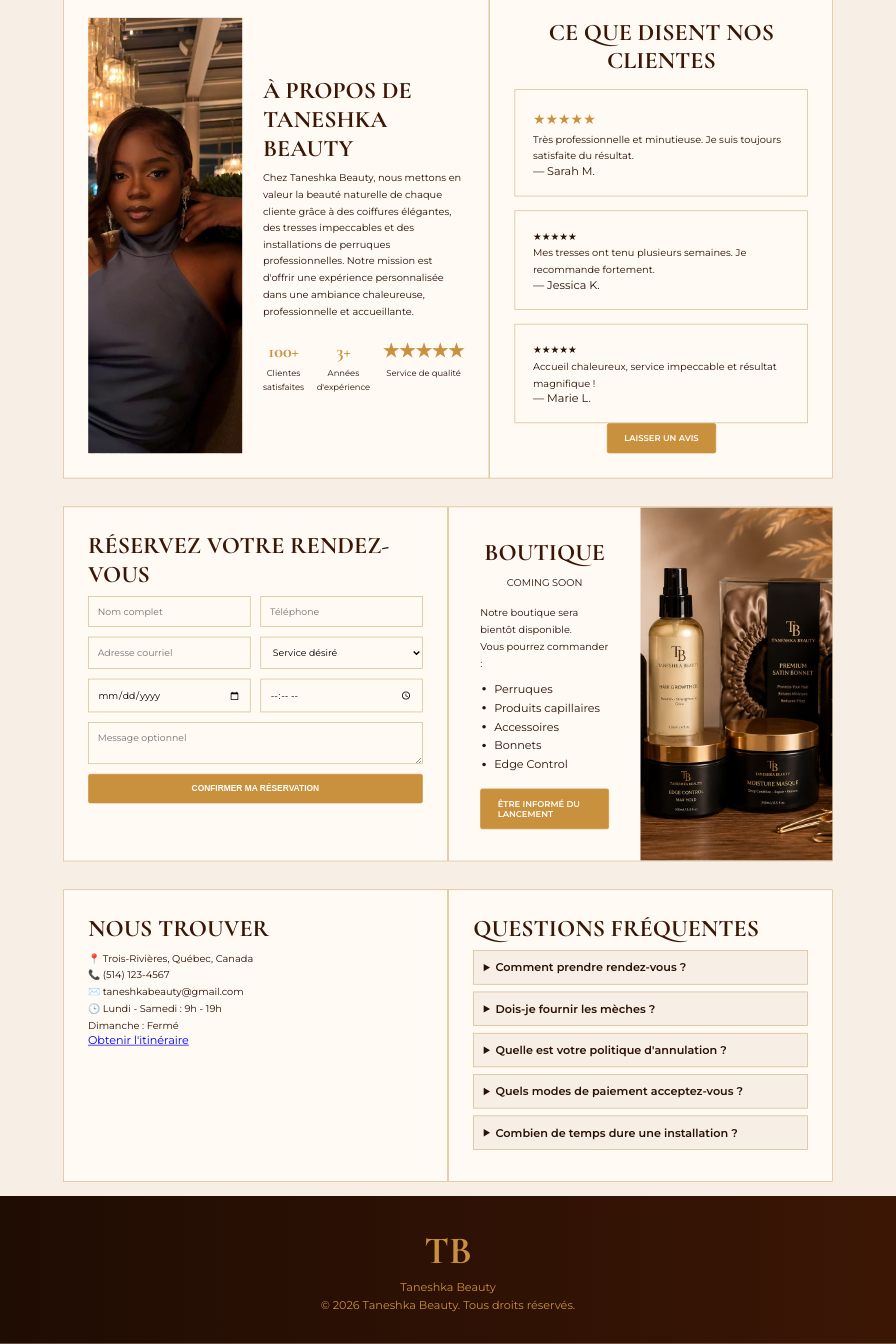
Repository: kngnepi/Taneshka-Beauty-House
Page: index.html
The author's editor kept a copy of each file at every save. The page is drawn from the files as they stood at one save, then again after the next save.
The browser window is 1280 px wide. The pictures show the part of the page from y = 1741 to 3661 px (the page is 3661 px tall), at 70% of full size.

Above is the page before, as saved 2026-06-24 22:19:21.

### index.html
<!DOCTYPE html>
<html lang="fr">
<head>
  <meta charset="UTF-8" />
  <meta name="viewport" content="width=device-width, initial-scale=1.0" />
  <title>Taneshka Beauty</title>
  <link rel="stylesheet" href="style.css" />
</head>
<body>

  <!-- NAVBAR -->
  <header class="navbar">
    <div class="logo">
      <span>TB</span>
      <p>TANESHKA BEAUTY</p>
    </div>

    <nav>
      <a href="#home">Accueil</a>
      <a href="#services">Services</a>
      <a href="#portfolio">Portfolio</a>
      <a href="#about">À propos</a>
      <a href="#booking">Réservation</a>
      <a href="#products">Boutique</a>
      <a href="#contact">Contact</a>
    </nav>

    <a href="#booking" class="btn-gold">Réserver</a>
  </header>

  <!-- HERO -->
  <section id="home" class="hero">
    <div class="hero-content">
      <h1>TANESHKA<br>BEAUTY</h1>
      <p class="tagline">Élégance • Confiance • Beauté</p>
      <p class="hero-text">
        Spécialiste en perruques, tresses et coiffures protectrices.
      </p>

      <div class="hero-buttons">
        <a href="#booking" class="btn-gold">Réserver un rendez-vous</a>
        <a href="#portfolio" class="btn-outline">Voir nos réalisations</a>
      </div>
    </div>
  </section>

  <!-- SERVICES -->
  <section id="services" class="section">
    <h2>Nos Services</h2>
    <p class="section-subtitle">Des prestations adaptées à votre style et à vos besoins.</p>

    <div class="services-grid">
      <div class="service-card">
        <div class="service-img"></div>
        <div>
          <h3>Perruques</h3>
          <ul>
            <li>Installation</li>
            <li>Retrait</li>
            <li>Revamp</li>
            <li>Customisation</li>
          </ul>
          <p>À partir de 60$</p>
          <a href="#booking" class="btn-dark">Réserver</a>
        </div>
      </div>

      <div class="service-card">
        <div class="service-img"></div>
        <div>
          <h3>Tresses</h3>
          <ul>
            <li>Knotless Braids</li>
            <li>Boho Braids</li>
            <li>Tribal Braids</li>
            <li>Cornrows</li>
          </ul>
          <p>À partir de 80$</p>
          <a href="#booking" class="btn-dark">Réserver</a>
        </div>
      </div>

      <div class="service-card">
        <div class="service-img"></div>
        <div>
          <h3>Coiffures</h3>
          <ul>
            <li>Ponytail</li>
            <li>Wig Styling</li>
            <li>Butterfly Locs</li>
            <li>Twists</li>
          </ul>
          <p>À partir de 50$</p>
          <a href="#booking" class="btn-dark">Réserver</a>
        </div>
      </div>
    </div>
  </section>

  <!-- PORTFOLIO -->
  <section id="portfolio" class="section">
    <h2>Nos Réalisations</h2>

    <div class="portfolio-filters">
      <button>Tout</button>
      <button>Perruques</button>
      <button>Tresses</button>
      <button>Ponytails</button>
      <button>Locs</button>
    </div>

    <div class="portfolio-grid">
      <div class="portfolio-item"></div>
      <div class="portfolio-item"></div>
      <div class="portfolio-item"></div>
      <div class="portfolio-item"></div>
      <div class="portfolio-item"></div>
      <div class="portfolio-item"></div>
    </div>
  </section>

  <!-- ABOUT + REVIEWS -->
  <!-- ABOUT + REVIEWS -->
<section class="split-section">
  <div id="about" class="about-box">
    <div class="about-img"></div>

    <div class="about-content">
      <h2>À propos de Taneshka Beauty</h2>
      <p>
        Chez Taneshka Beauty, nous mettons en valeur la beauté naturelle de chaque cliente
        grâce à des coiffures élégantes, des tresses impeccables et des installations de
        perruques professionnelles. Notre mission est d'offrir une expérience personnalisée
        dans une ambiance chaleureuse, professionnelle et accueillante.
      </p>

      <div class="about-stats">
        <div>
          <h3>100+</h3>
          <p>Clientes satisfaites</p>
        </div>

        <div>
          <h3>3+</h3>
          <p>Années d'expérience</p>
        </div>

        <div>
          <h3>★★★★★</h3>
          <p>Service de qualité</p>
        </div>
      </div>
    </div>
  </div>

  <div class="reviews-box">
    <h2>Ce que disent nos clientes</h2>

    <div class="reviews-grid">
      <div class="review-card">
        <p class="stars">★★★★★</p>
        <p>Très professionnelle et minutieuse. Je suis toujours satisfaite du résultat.</p>
        <span>— Sarah M.</span>
      </div>

      <div class="review-card">
        <p class="stars">★★★★★</p>
        <p>Mes tresses ont tenu plusieurs semaines. Je recommande fortement.</p>
        <span>— Jessica K.</span>
      </div>

      <div class="review-card">
        <p class="stars">★★★★★</p>
        <p>Accueil chaleureux, service impeccable et résultat magnifique !</p>
        <span>— Marie L.</span>
      </div>
    </div>

    <a href="#booking" class="btn-gold">Laisser un avis</a>
  </div>
</section>

<!-- BOOKING + PRODUCTS -->
<section class="split-section">
  <div id="booking" class="booking-section">
    <h2>Réservez votre rendez-vous</h2>

    <form class="booking-form">
      <input type="text" placeholder="Nom complet" />
      <input type="tel" placeholder="Téléphone" />
      <input type="email" placeholder="Adresse courriel" />

      <select>
        <option>Service désiré</option>
        <option>Perruques</option>
        <option>Tresses</option>
        <option>Coiffures</option>
      </select>

      <input type="date" />
      <input type="time" />
      <textarea placeholder="Message optionnel"></textarea>

      <button type="submit" class="btn-gold">Confirmer ma réservation</button>
    </form>
  </div>

  <div id="products" class="products-section">
    <div class="products-content">
      <div class="products-text">
        <h2>Boutique</h2>
        <p class="coming-soon">Coming Soon</p>
        <p>Notre boutique sera bientôt disponible.</p>
        <p>Vous pourrez commander :</p>

        <ul>
          <li>Perruques</li>
          <li>Produits capillaires</li>
          <li>Accessoires</li>
          <li>Bonnets</li>
          <li>Edge Control</li>
        </ul>

        <a href="#contact" class="btn-gold">Être informé du lancement</a>
      </div>

      <div class="products-img"></div>
    </div>
  </div>
</section>

<!-- LOCATION + FAQ -->
<section id="contact" class="split-section">
  <div class="location-box">
    <h2>Nous trouver</h2>

    <p>📍 Trois-Rivières, Québec, Canada</p>
    <p>📞 (514) 123-4567</p>
    <p>✉️ taneshkabeauty@gmail.com</p>
    <p>🕒 Lundi - Samedi : 9h - 19h</p>
    <p>Dimanche : Fermé</p>

    <a href="#" class="btn-outline-dark">Obtenir l'itinéraire</a>
  </div>

  <div class="faq-box">
    <h2>Questions fréquentes</h2>

    <details>
      <summary>Comment prendre rendez-vous ?</summary>
      <p>Vous pouvez réserver via le formulaire ou nous contacter sur Instagram.</p>
    </details>

    <details>
      <summary>Dois-je fournir les mèches ?</summary>
      <p>Cela dépend du service choisi. Les détails seront confirmés lors de la réservation.</p>
    </details>

    <details>
      <summary>Quelle est votre politique d'annulation ?</summary>
      <p>Les annulations doivent être faites au moins 48h avant le rendez-vous.</p>
    </details>

    <details>
      <summary>Quels modes de paiement acceptez-vous ?</summary>
      <p>Espèces et virement Interac.</p>
    </details>

    <details>
      <summary>Combien de temps dure une installation ?</summary>
      <p>La durée varie selon le service sélectionné.</p>
    </details>
  </div>
</section>
  <!-- FOOTER -->
  <footer>
    <h2>TB</h2>
    <p>Taneshka Beauty</p>
    <p>© 2026 Taneshka Beauty. Tous droits réservés.</p>
  </footer>

</body>
</html>

### style.css
@import url('https://fonts.googleapis.com/css2?family=Cormorant+Garamond:wght@500;600;700&family=Montserrat:wght@300;400;500;600&display=swap');

:root {
  --brown: #3b1605;
  --dark-brown: #1f0c03;
  --gold: #c9913d;
  --cream: #f7efe6;
  --light-cream: #fffaf4;
  --text: #2b1206;
  --border: #d8b98c;
}

* {
  margin: 0;
  padding: 0;
  box-sizing: border-box;
}

body {
  background: var(--cream);
  color: var(--text);
  font-family: "Montserrat", sans-serif;
}

h1, h2, h3 {
  font-family: "Cormorant Garamond", serif;
  text-transform: uppercase;
}

section {
  padding: 55px 7%;
}

.navbar {
  background: rgba(31, 12, 3, 0.95);
  color: white;
  height: 85px;
  padding: 0 7%;
  display: flex;
  align-items: center;
  justify-content: space-between;
}

.logo span {
  color: var(--gold);
  font-family: "Cormorant Garamond", serif;
  font-size: 38px;
  font-weight: 700;
}

.logo p {
  color: var(--gold);
  font-size: 13px;
  letter-spacing: 1px;
}

nav {
  display: flex;
  gap: 30px;
}

nav a {
  color: white;
  text-decoration: none;
  font-size: 13px;
  text-transform: uppercase;
}

.btn-gold,
.btn-outline,
.btn-dark {
  display: inline-block;
  padding: 13px 24px;
  text-decoration: none;
  text-transform: uppercase;
  font-size: 12px;
  font-weight: 600;
  border-radius: 3px;
}

.btn-gold {
  background: var(--gold);
  color: white;
  border: 1px solid var(--gold);
}

.btn-outline {
  border: 1px solid var(--gold);
  color: white;
}

.btn-dark {
  background: var(--brown);
  color: white;
  margin-top: 15px;
}

.hero {
  min-height: 720px;
  background:
    linear-gradient(to right, rgba(20, 7, 2, 0.95) 0%, rgba(20, 7, 2, 0.75) 38%, rgba(20, 7, 2, 0.25) 70%),
    url("images/hero.jpg");
  background-size: cover;
  background-position: center 35%;
  display: flex;
  align-items: center;
}

.hero-content {
  max-width: 620px;
  margin-top: 40px;
}

.hero h1 {
  color: var(--gold);
  font-size: 92px;
  line-height: 0.9;
}

.tagline {
  color: white;
  font-family: "Cormorant Garamond", serif;
  font-size: 28px;
  font-style: italic;
  margin: 20px 0;
}

.hero-text {
  color: white;
  font-size: 18px;
  line-height: 1.6;
}

.hero-buttons {
  display: flex;
  gap: 20px;
  margin-top: 30px;
}

.section {
  text-align: center;
}

.section h2,
.split-section h2 {
  font-size: 34px;
  color: var(--brown);
  margin-bottom: 10px;
}

.section-subtitle {
  margin-bottom: 35px;
  font-size: 14px;
}

.services-grid {
  display: grid;
  grid-template-columns: repeat(3, 1fr);
  gap: 25px;
}

.service-card {
  background: var(--light-cream);
  border: 1px solid var(--border);
  display: grid;
  grid-template-columns: 1fr 1fr;
  text-align: left;
  min-height: 260px;
}

.service-img,
.portfolio-item,
.about-img {
  background: #d6c3ad;
  background-size: cover;
  background-position: center;
}

.service-card:nth-child(1) .service-img {
  background-image: url("images/service-wig.jpg");
}

.service-card:nth-child(2) .service-img {
  background-image: url("images/service-braids.jpg");
}

.service-card:nth-child(3) .service-img {
  background-image: url("images/service-hair.jpg");
}

.service-card div:last-child {
  padding: 28px;
}

.service-card h3 {
  font-size: 24px;
  margin-bottom: 15px;
}

.service-card li {
  margin-bottom: 8px;
  font-size: 14px;
}

.portfolio-filters {
  display: flex;
  justify-content: center;
  gap: 35px;
  margin: 25px 0;
}

.portfolio-filters button {
  background: transparent;
  border: none;
  text-transform: uppercase;
  cursor: pointer;
}

.portfolio-filters button:first-child {
  background: var(--brown);
  color: white;
  padding: 8px 35px;
}

.portfolio-grid {
  display: grid;
  grid-template-columns: repeat(6, 1fr);
  gap: 14px;
}

.portfolio-item {
  height: 160px;
}

.portfolio-item:nth-child(1) {
  background-image: url("images/portfolio-1.jpg");
}

.portfolio-item:nth-child(2) {
  background-image: url("images/portfolio-2.jpg");
}

.portfolio-item:nth-child(3) {
  background-image: url("images/portfolio-3.jpg");
}

.portfolio-item:nth-child(4) {
  background-image: url("images/portfolio-4.jpg");
}

.portfolio-item:nth-child(5) {
  background-image: url("images/portfolio-5.jpg");
}

.portfolio-item:nth-child(6) {
  background-image: url("images/portfolio-6.jpg");
}

.split-section {
  padding: 20px 7%;
  display: grid;
  grid-template-columns: 1fr 1fr;
  gap: 0;
}

.about-box,
.reviews-box,
.location-box,
.faq-box,
.booking-section,
.products-section {
  background: var(--light-cream);
  border: 1px solid var(--border);
  padding: 35px;
}

.about-box {
  display: grid;
  grid-template-columns: 220px 1fr;
  gap: 30px;
  text-align: left;
}

.about-img {
  min-height: 280px;
  background-image: url("images/about.jpg");
}

.about-box p,
.review-card p,
.location-box p,
.products-section p,
.faq-box p {
  font-size: 14px;
  line-height: 1.7;
}

.reviews-box {
  text-align: center;
}

.review-card {
  border: 1px solid var(--border);
  padding: 25px;
  margin-top: 20px;
  text-align: left;
}

.review-card:first-of-type p:first-child {
  color: var(--gold);
  font-size: 20px;
}

.booking-form {
  max-width: 850px;
  margin: auto;
  display: grid;
  grid-template-columns: 1fr 1fr;
  gap: 14px;
}

.booking-form input,
.booking-form select,
.booking-form textarea {
  padding: 13px;
  border: 1px solid var(--border);
  background: var(--light-cream);
  font-family: "Montserrat", sans-serif;
}

.booking-form textarea,
.booking-form button {
  grid-column: span 2;
}

.products-section {
  text-align: center;
}

.products-section h2 {
  color: var(--brown);
}

.location-box {
  text-align: left;
}

.faq-box details {
  border: 1px solid var(--border);
  margin-bottom: 10px;
  padding: 14px;
  background: var(--cream);
}

.faq-box summary {
  cursor: pointer;
  font-weight: 600;
}

footer {
  background: linear-gradient(to right, var(--dark-brown), var(--brown));
  color: white;
  text-align: center;
  padding: 45px 7%;
}

footer h2 {
  color: var(--gold);
  font-size: 55px;
}

footer p {
  color: var(--gold);
  margin-top: 8px;
}

@media (max-width: 900px) {
  .navbar {
    height: auto;
    flex-direction: column;
    padding: 20px;
    gap: 20px;
  }

  nav {
    flex-wrap: wrap;
    justify-content: center;
  }

  .hero h1 {
    font-size: 55px;
  }

  .services-grid,
  .split-section {
    grid-template-columns: 1fr;
  }

  .service-card,
  .about-box {
    grid-template-columns: 1fr;
  }

  .portfolio-grid {
    grid-template-columns: repeat(2, 1fr);
  }

  .booking-form {
    grid-template-columns: 1fr;
  }

  .booking-form textarea,
  .booking-form button {
    grid-column: span 1;
  }
}

.about-content {
  display: flex;
  flex-direction: column;
  justify-content: center;
}

.about-stats {
  display: grid;
  grid-template-columns: repeat(3, 1fr);
  gap: 18px;
  margin-top: 30px;
  text-align: center;
}

.about-stats h3 {
  color: var(--gold);
  font-size: 26px;
  margin-bottom: 5px;
}

.about-stats p {
  font-size: 12px;
}

.products-section {
  padding: 0;
  text-align: left;
}

.products-content {
  display: grid;
  grid-template-columns: 1fr 1fr;
  min-height: 320px;
}

.products-text {
  padding: 45px;
}

.products-text h2 {
  text-align: center;
}

.coming-soon {
  text-align: center;
  text-transform: uppercase;
  font-size: 13px;
  margin-bottom: 20px;
}

.products-text ul {
  margin: 15px 0 25px 20px;
}

.products-text li {
  margin-bottom: 8px;
}

.products-img {
  background-image: url("images/products.jpg");
  background-size: cover;
  background-position: center;
  min-height: 320px;
}

@media (max-width: 900px) {
  .about-stats {
    grid-template-columns: 1fr;
  }

  .products-content {
    grid-template-columns: 1fr;
  }
}

After the next save:
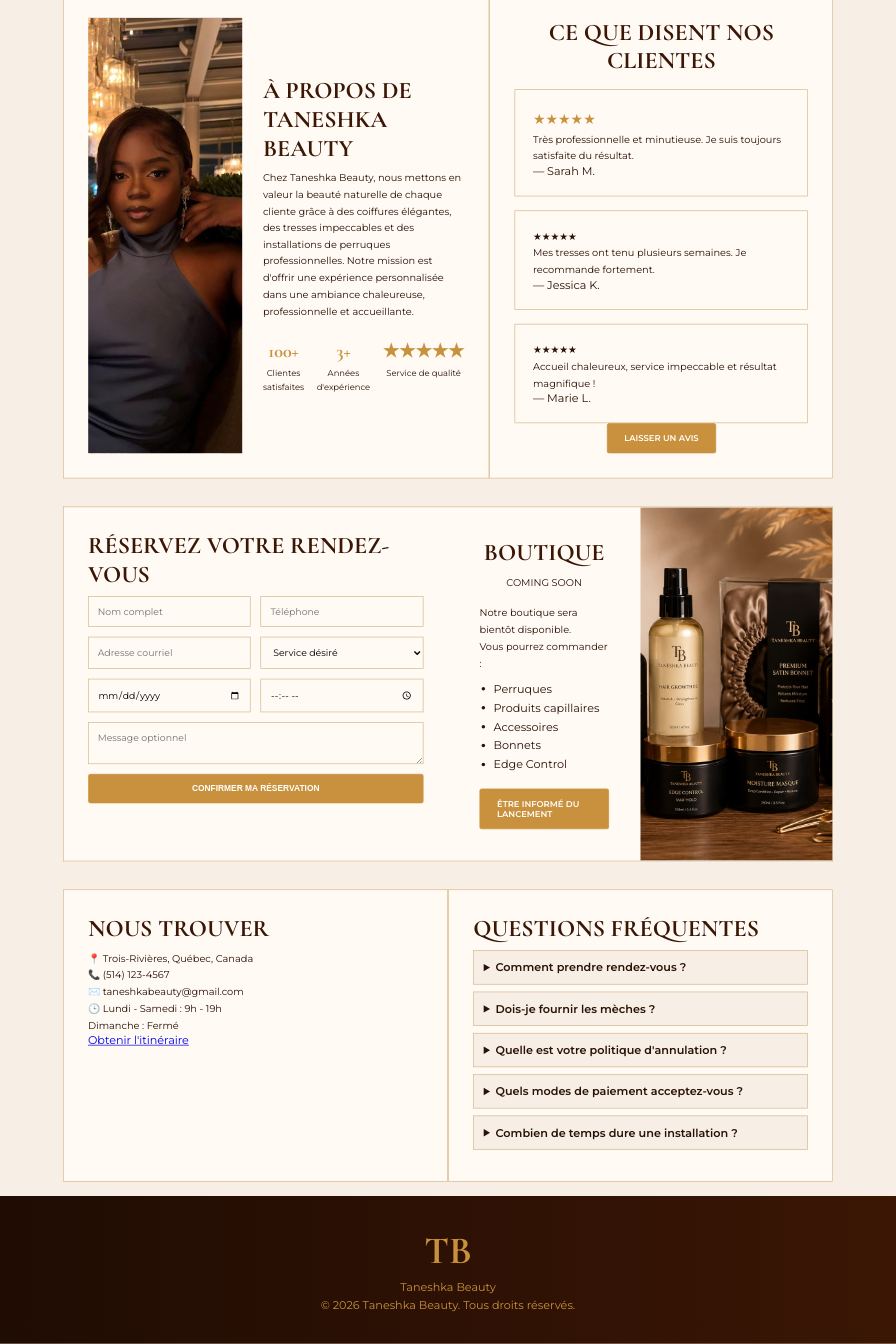
Saved 2 min 24 s later.
--- a/style.css
+++ b/style.css
@@ -489,3 +489,11 @@
     grid-template-columns: 1fr;
   }
 }
+
+.products-section{
+    border-left: none;
+}
+
+.booking-section{
+    border-right: none;
+}
